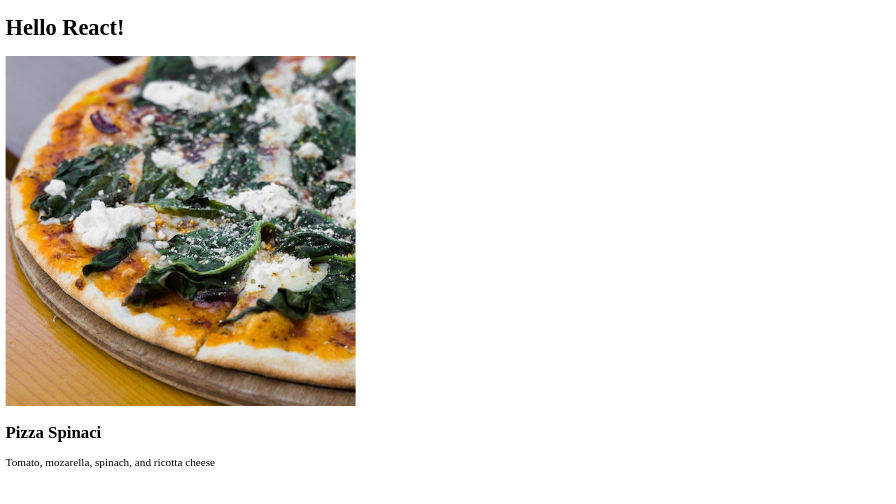
Repository: Alphosmart/03_pizza-menu
Page: /
These files come from the project's save history. The page is drawn as it stood at one moment and after the next save; the edit follows.
The browser window is 1280 px wide. The pictures show the whole page, at 70% of full size.
The project was rebuilt for these pictures with package versions that can differ from the ones it lists, and the page was loaded fresh each time.

Above is the page before, as saved 2024-05-26 16:35:17.

After the next save:
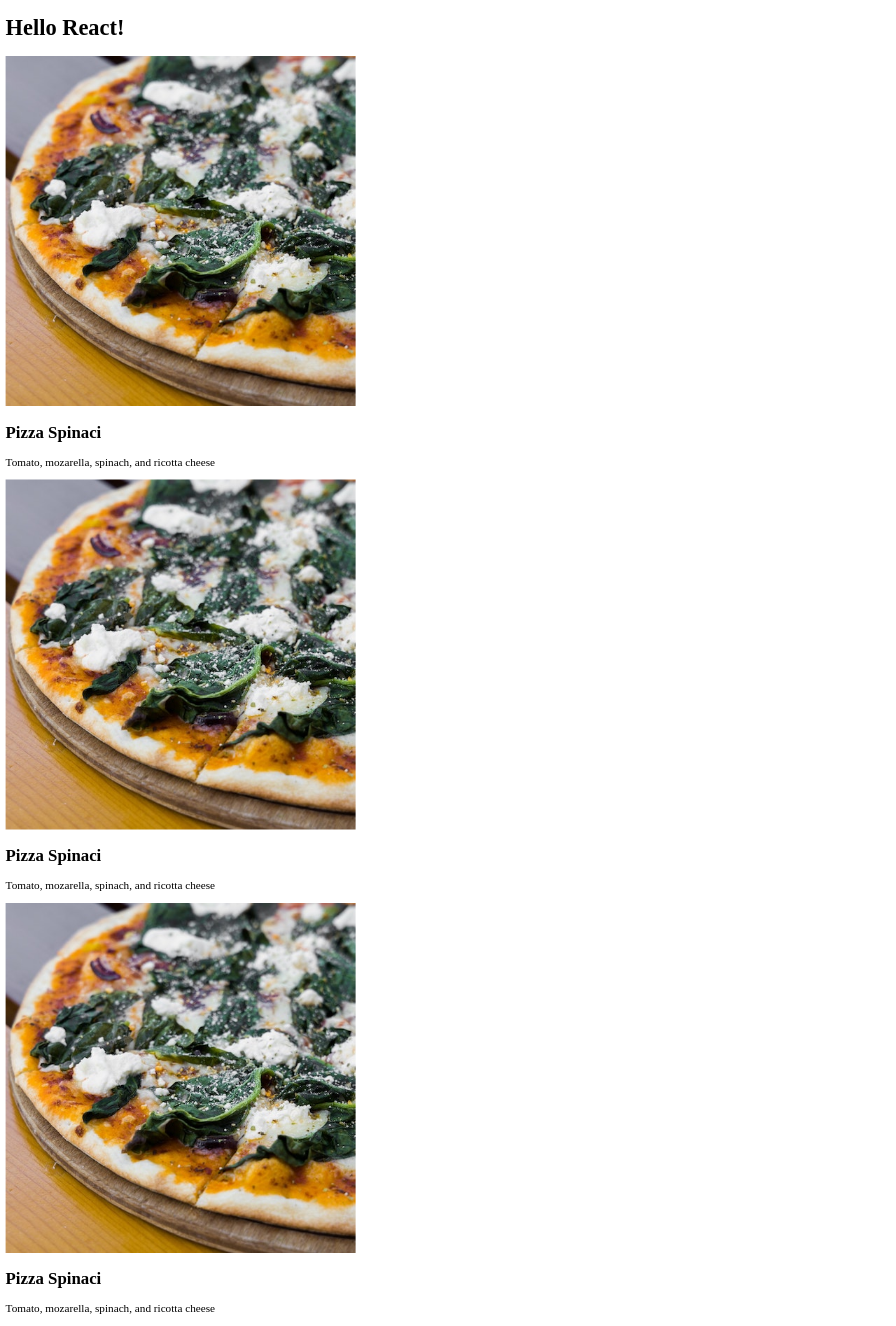
Saved 47 s later.
--- a/src/index.js
+++ b/src/index.js
@@ -51,6 +51,8 @@ function App() {
     <div>
       <h1>Hello React!</h1>
       <Pizza />
+      <Pizza />
+      <Pizza />
     </div>
   );
 }
